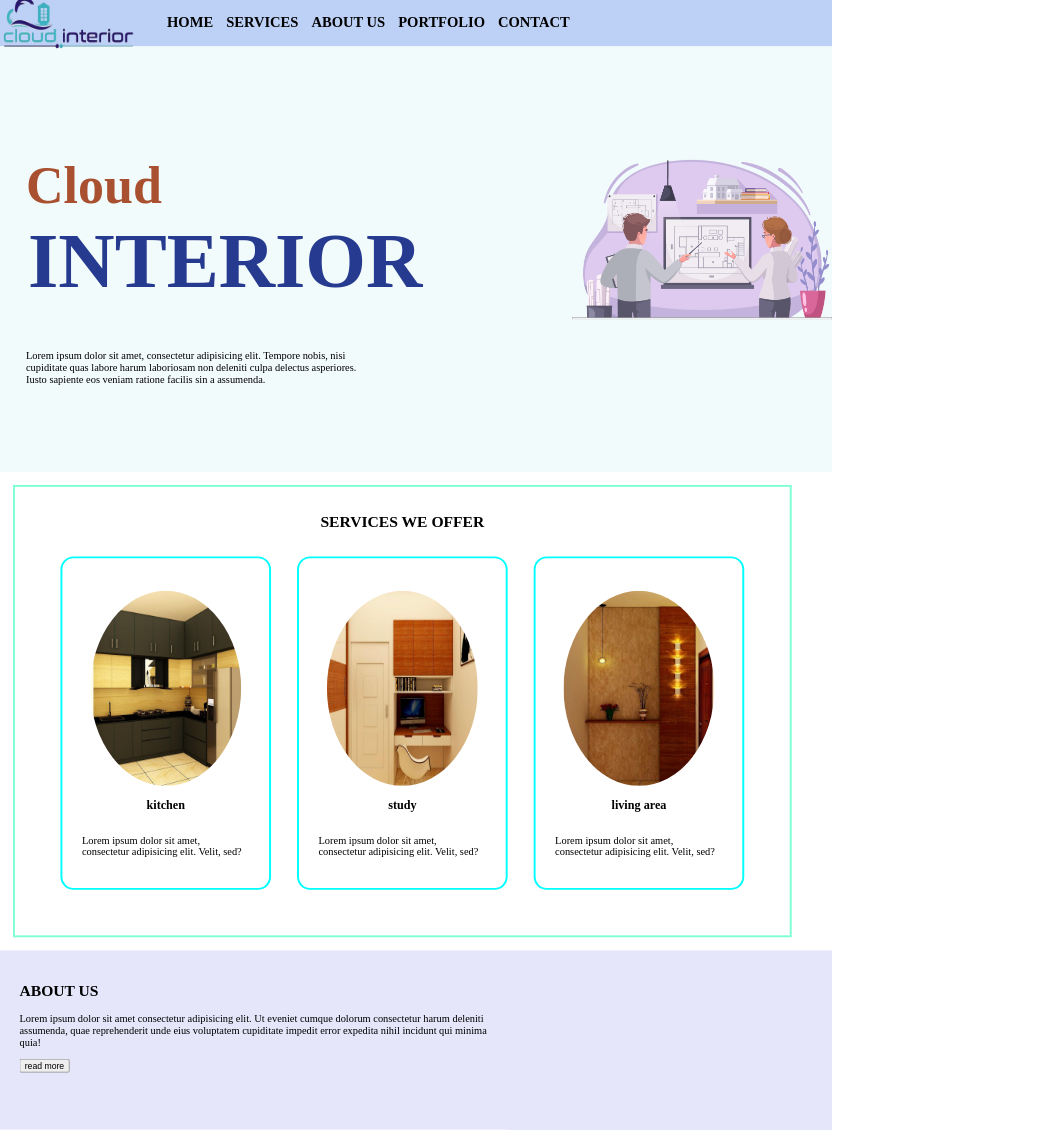
Repository: Ganavid/ganavidgowda.github.io
Page: cloud interior/‌index.html
These files come from the project's save history. The page is drawn as it stood at one moment and after a run of saves; the edit follows.
The browser window is 1280 px wide. The page is 1280 px wide, then 1617 px, then 1280 px, so the pictures cover 1617 px, including what lies to the right of the window. The pictures show the whole page, at 65% of full size.

Above is the page before, as saved 2023-03-04 01:09:15.

### cloud interior/‌index.html
<!DOCTYPE html>
<html lang="en">

<head>
    <meta charset="UTF-8">
    <meta http-equiv="X-UA-Compatible" content="IE=edge">
    <meta name="viewport" content="width=device-width, initial-scale=1.0">
    <link rel="stylesheet" href="interial.css">
    <title>cloud</title>
</head>

<body>
    <nav id="navbar">
        <div id="logocnt">
            <img id="logo" src="Layer 2.png" alt="the company" width="100px" height="50px">

        </div>
        <ul id="contents">
            <li class="item">
                <a href="interial.html">HOME</a>
            </li>
            <li class="item">
                <a href="#SERVICES">SERVICES</a>
            </li>
            <li class="item">
                <a href="about.html">ABOUT US</a>
            </li>
            <li class="item">
                <a href="gallery.html">PORTFOLIO</a>
            </li>
            <li class="item">
                <a href="register.html">CONTACT</a>
            </li>
        </ul>
    </nav>
    <div id="content2">
        <div id="subcontent">
            <h1>Cloud <br><span>Interior</span> </h1>
            <p>Lorem ipsum dolor sit amet,
                consectetur adipisicing elit.
                Tempore nobis, nisi cupiditate quas
                labore harum laboriosam non deleniti
                culpa delectus asperiores. Iusto
                sapiente eos veniam ratione facilis sin
                a assumenda.
            </p>
        </div>

        <div id="subcntimg">
            <img src="Group 1.png" alt=" studio" id="starter">
        </div>
    </div>

    <div id="ser">
        <h2 style="text-align: center;">SERVICES WE OFFER</h2>
        <div id="services">

            <div id="items">
                <img id="img1" src="ki1.jpeg" width="200px" height="300px" alt="kitchen">
                <h3>kitchen</h3>
                <p>Lorem ipsum dolor sit
                    amet, consectetur adipisicing
                    elit. Velit, sed?
                </p>
            </div>
            <div id="items">
                <img id="img1" src="stu1.jpeg" width="200px" height="300px" alt="">
                <h3>study</h3>
                <p>Lorem ipsum dolor sit
                    amet, consectetur adipisicing
                    elit. Velit, sed?
                </p>
            </div>
            <div id="items">
                <img id="img1" src="h2.jpeg" width="200px" height="300px" alt="bathroom">
                <h3>living area</h3>
                <p>Lorem ipsum dolor sit
                    amet, consectetur adipisicing
                    elit. Velit, sed?
                </p>
            </div>
        </div>

    </div>
    <div id="about">
        <h2>ABOUT US</h2>
        <p id="abtcon">Lorem ipsum dolor sit amet consectetur adipisicing elit. Ut eveniet cumque dolorum consectetur
            harum deleniti assumenda, quae reprehenderit unde eius voluptatem cupiditate impedit error expedita nihil
            incidunt qui minima quia!</p>
        <button id="button">read more</button>
    </div>

</body>

</html>

### cloud interior/interial.css
body{
    margin: 0px;
    padding: 0px;
    border: 0px;
}


nav{
    display: flex;
    justify-content: left;
    background-color: #BDD0F5;
    padding: 3px;
    align-items: center;
    height: 9vh;
}

#logocnt{
    display: flex;
    flex-direction: row;
}

#logo{
    height: 80px;
    width: 200px;
    margin: 2px;
}

#contents{
    display: flex;
    flex-direction: row;
    list-style: none;

}
#contents li{
    display: flex;
    flex-direction: row;
    list-style: none;
    margin: 0px 10px 0px 10px;

}


#contents li a{
    text-decoration: none;
    margin: 0xp 10px 0px 10px;
    color:white;
    font-family: ebrima;
    font-weight: bold;
    font-size: 140%;
    color: black;
}

#content2 {
    display: flex;
    flex-direction:row;
    margin: 0px;
    padding: 0px;
    justify-content:space-between;
    height: 91vh;
    background-color: #3abccb11;
}


#subcontent{
    display: flex;
    flex-direction: column;
    width: 40%;
    padding: 40px;
    align-items: normal;
    justify-content: center;

}

#subcontent h1 {
    color: #A8502F;
    font-size: 500%;
    font-family: Arial Rounded MT;
    font-weight: bold;
}

#subcontent h1 span{
    color: #263B8F;
    font-size: 150%;
    margin: 3px;
    text-transform: uppercase;
}

#subcntimg{
    align-self: flex-end;
    height: 500px;
}

img{
    margin-top: 20px;
    width: 400px;
    align-items: center;
}
#ser{
    border: solid aquamarine;
    margin: 20px;
    padding: 20px;
    width: 90%;
    justify-content: space-around;

}
#services{
    display: flex;
    flex-direction: row;
    overflow:hidden;
    padding: 30px;
    padding-top: 0;

}
#items{display: flex;
    flex-direction: column;
    overflow:hidden;
    padding: 30px;
    border: solid aqua;
    align-content: space-around;
    margin: 20px;
    align-items: center;
    border-radius: 20px;


}
#about{
background-color: lavender;
justify-content: center;
height: 30vh;
padding: 30px;
}
#img1{
    border-radius: 50%;
    width:90%;

}
#abtcon{
    width: 60%;
}

After the next 2 saves:
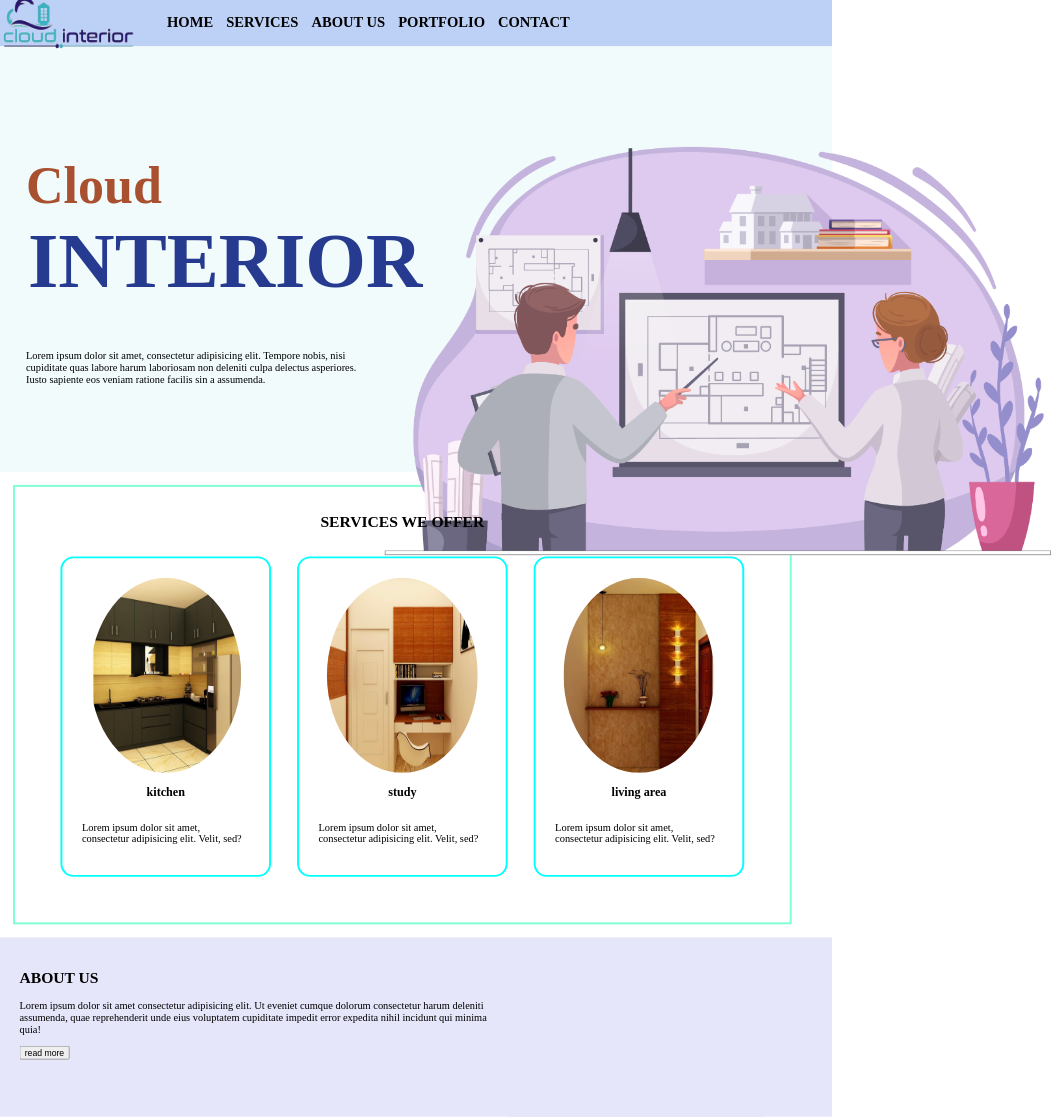
The 2 saves are shown as one change because they came seconds apart.
The last was saved 6 s later.
--- a/cloud interior/interial.css
+++ b/cloud interior/interial.css
@@ -90,6 +90,8 @@
     height: 500px;
 }
 
+start
+
 img{
     margin-top: 20px;
     width: 400px;

After the 2 saves that followed:
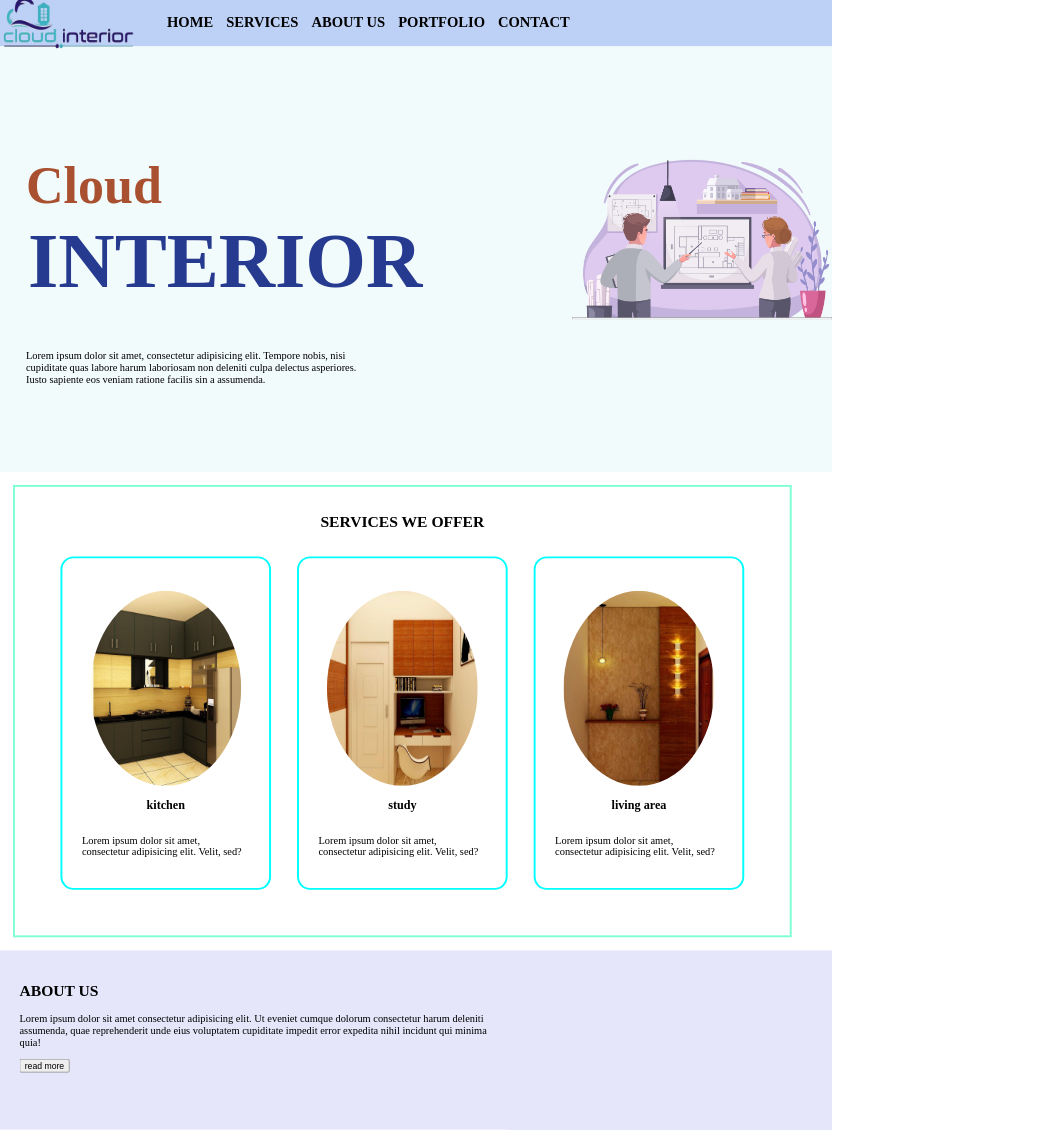
The 2 saves are shown as one change because they came seconds apart.
The last was saved 7 s later.
--- a/cloud interior/interial.css
+++ b/cloud interior/interial.css
@@ -90,7 +90,9 @@
     height: 500px;
 }
 
-start
+#satrter{
+
+}
 
 img{
     margin-top: 20px;
